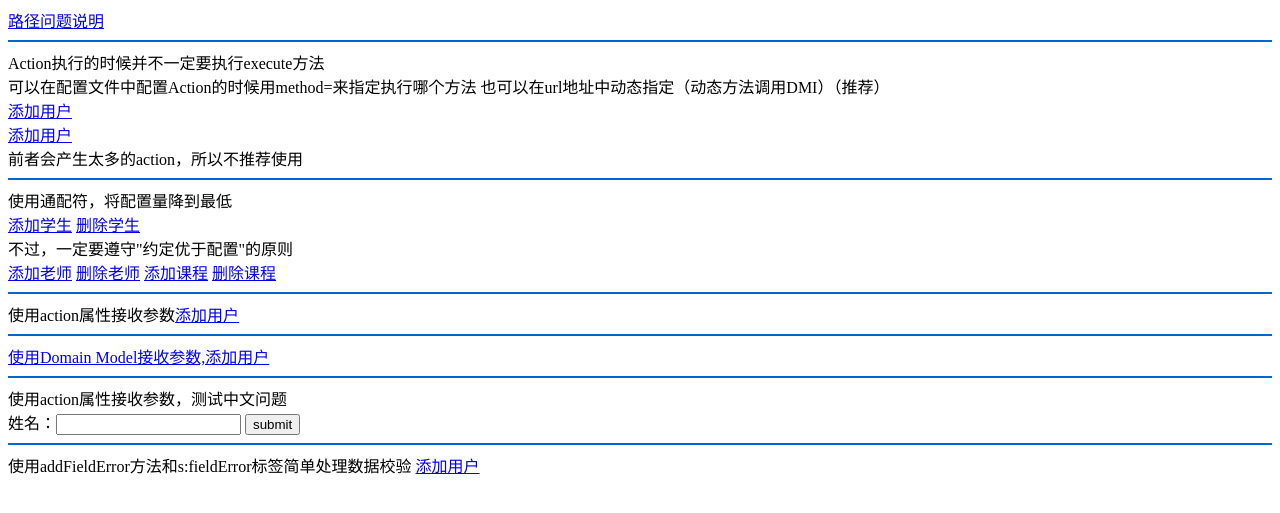
Repository: chellong/StrutsBasic
Page: http://localhost/Struts2.3Sx_1/
These files come from the project's save history. The page is drawn as it stood at one moment and after a run of saves; the edit follows.
The browser window is 1280 px wide. The pictures show the whole page.
The page is served by Tomcat 9. Nobody is signed in. The application's start-up code is not run. Other server files are loaded and not shown.

Above is the page before, as saved 2016-01-23 14:07:08.

### Struts2.3Sx_1/WebContent/index.jsp
<?xml version="1.0" encoding="utf-8" ?>
<%@ page language="java" contentType="text/html; charset=utf-8"
	pageEncoding="utf-8"%>

<%
	String path = request.getContextPath();
	String basePath = request.getScheme() + "://" + request.getServerName() + ":" + request.getServerPort()
			+ path + "/";
%>

<!DOCTYPE html PUBLIC "-//W3C//DTD XHTML 1.0 Transitional//EN" "http://www.w3.org/TR/xhtml1/DTD/xhtml1-transitional.dtd">

<html xmlns="http://www.w3.org/1999/xhtml">
<head>
<base href="<%=basePath%>"/>
<meta http-equiv="Content-Type" content="text/html; charset=GB18030" />
<title>Insert title here</title>
</head>
<body>
	<a href="path/path.action">路径问题说明</a>
	<hr noshade color="#0066cc" />
	Action执行的时候并不一定要执行execute方法
	<br /> 可以在配置文件中配置Action的时候用method=来指定执行哪个方法
	也可以在url地址中动态指定（动态方法调用DMI）（推荐）
	<br />
	<a href="/user/userAdd">添加用户</a>
	<br />
	<a href="/user/user!add">添加用户</a>
	<br /> 前者会产生太多的action，所以不推荐使用

	<hr noshade color="#0066cc" />

	使用通配符，将配置量降到最低
	<br />
	<a href="/actions/Studentadd">添加学生</a>
	<a href="/actions/Studentdelete">删除学生</a>
	<br /> 不过，一定要遵守"约定优于配置"的原则
	<br />
	<a href="/actions/Teacher_add">添加老师</a>
	<a href="/actions/Teacher_delete">删除老师</a>
	<a href="/actions/Course_add">添加课程</a>
	<a href="/actions/Course_delete">删除课程</a>

	<hr noshade color="#0066cc" />
	使用action属性接收参数<a href="user/user_007?name=a&age=8">添加用户</a>

	<hr noshade color="#0066cc" />
	<a href="user/user_008?user.name=a&user.age=8">使用Domain Model接收参数,添加用户</a>

<!-- 	中文问题 -->
	<hr noshade color="#0066cc" />
	使用action属性接收参数，测试中文问题
	<form action="user/user_008" method="post">
	姓名：<input type="text" name="name"></input>
	<input type="submit" value="submit"/>
<!-- 	数据验证 -->
	<hr noshade color="#0066cc" />
	使用addFieldError方法和s:fieldError标签简单处理数据校验
	<a href="user/user_009?name=admin" >添加用户</a>
</form>
</body>
</html>

After the next 2 saves:
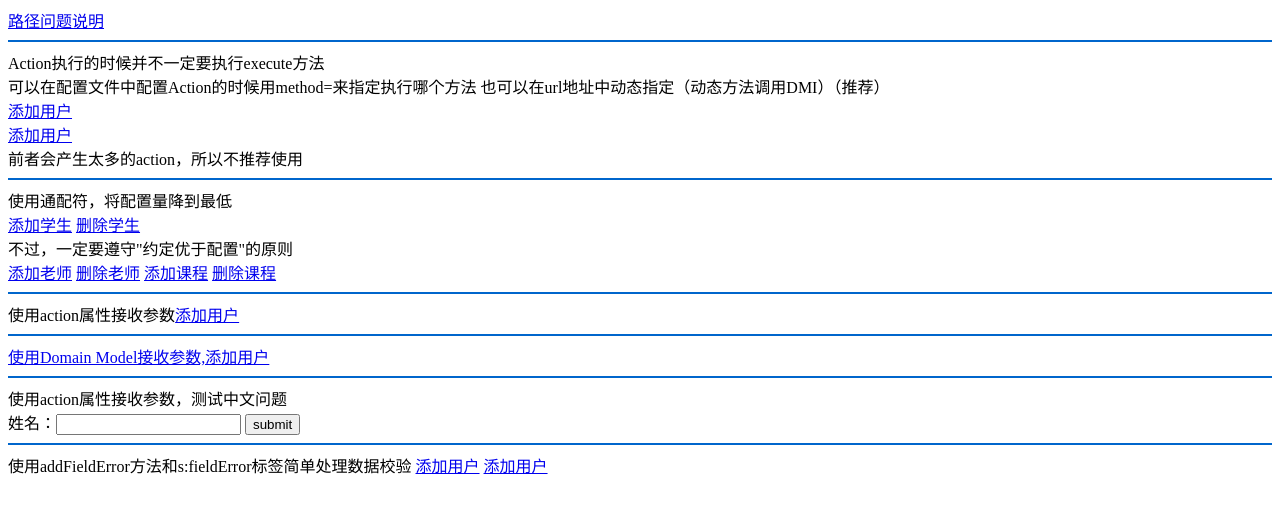
The 2 saves are shown as one change because they came seconds apart.
The last was saved 5 min 29 s later.
--- a/Struts2.3Sx_1/WebContent/index.jsp
+++ b/Struts2.3Sx_1/WebContent/index.jsp
@@ -51,12 +51,13 @@
 	<hr noshade color="#0066cc" />
 	使用action属性接收参数，测试中文问题
 	<form action="user/user_008" method="post">
-	姓名：<input type="text" name="name"></input>
+		姓名：<input type="text" name="name"></input>
 	<input type="submit" value="submit"/>
+	</form>
 <!-- 	数据验证 -->
 	<hr noshade color="#0066cc" />
 	使用addFieldError方法和s:fieldError标签简单处理数据校验
 	<a href="user/user_009?name=admin" >添加用户</a>
-</form>
+	<a href="user/user_009?name=admin" >添加用户</a>
 </body>
 </html>
